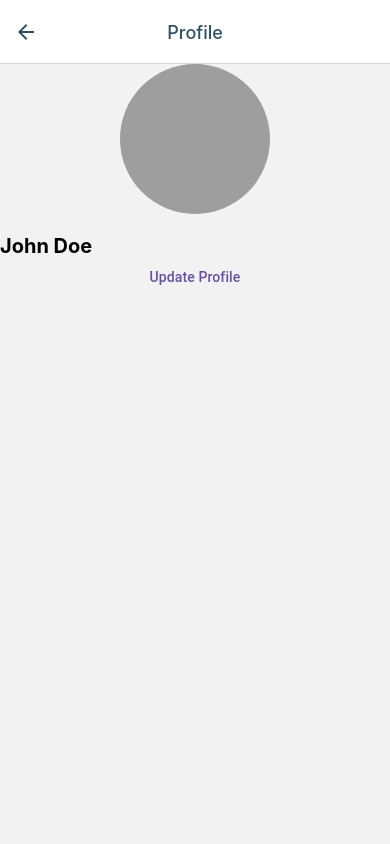
Repository: SaudCh/Expo-Pethub
Screen: /Profile
An editor plug-in stored every save of this project. The screen is shown before and after the next save, followed by the edit.
Pictures or frames that could not be fetched are drawn as grey boxes. The app was drawn by React Native's web renderer in a window 390 px wide. The project was rebuilt for these pictures with package versions that can differ from the ones it lists, and the page was loaded fresh each time. Also part of the build but not shown: Screens/Signup.js, Screens/Home.js, Screens/UpdateProfile.js, Components/Avatar.js.

Above is the screen before, as saved 2022-11-15 00:19:44.

### App.js
import { StatusBar } from 'expo-status-bar';
import 'react-native-gesture-handler';
import { StyleSheet, Text, View } from 'react-native';
import { Provider as PaperProvider } from 'react-native-paper';
import AppNavigator from './Components/Navigator';

export default function App() {
  return (
    <PaperProvider>
      <AppNavigator />
    </PaperProvider>
  );
}

const styles = StyleSheet.create({
  container: {
    flex: 1,
    backgroundColor: '#fff',
    alignItems: 'center',
    justifyContent: 'center',
  },
});

### Components/Navigator.js
// In App.js in a new project

import * as React from 'react';
import { View, Text } from 'react-native';
import { NavigationContainer } from '@react-navigation/native';
import { createNativeStackNavigator } from '@react-navigation/native-stack';
import Login from '../Screens/Login';
import Signup from '../Screens/Signup';
import Home from '../Screens/Home';
import Profile from '../Screens/Profile';
import UpdateProfile from '../Screens/UpdateProfile';
import Avatar from './Avatar';

function HomeScreen() {
    return (
        <View style={{ flex: 1, alignItems: 'center', justifyContent: 'center' }}>
            <Text>Home Screen</Text>
        </View>
    );
}

const Stack = createNativeStackNavigator();

function AppNavigator() {
    return (
        <NavigationContainer>
            <Stack.Navigator>
                <Stack.Screen name="Login" component={Login} options={{
                    title: 'Login',
                    headerTintColor: "#2B5262",
                    headerTitleAlign: 'center'
                }} />

                <Stack.Screen name="Signup" component={Signup} options={{
                    title: 'Signup',
                    headerTintColor: "#2B5262",
                    headerTitleAlign: 'center'
                }} />

                <Stack.Screen name="Home" component={Home}
                    options={{
                        title: 'Home',
                        headerTintColor: "#2B5262",
                        headerTitleAlign: 'center',
                        headerRight: () => (
                            <Avatar />
                        )
                    }}
                />

                <Stack.Screen name="Profile" component={Profile} options={{
                    title: 'Profile',
                    headerTintColor: "#2B5262",
                    headerTitleAlign: 'center'
                }} />
                <Stack.Screen name="UpdateProfile" component={UpdateProfile} options={{
                    title: 'Update',
                    headerTintColor: "#2B5262",
                    headerTitleAlign: 'center',
                }} />

            </Stack.Navigator>
        </NavigationContainer>
    );
}

export default AppNavigator;

### Screens/Login.js
import { useNavigation } from "@react-navigation/native";
import React, { useState, useEffect } from "react";
import { View, Text, StyleSheet, ActivityIndicator, Alert } from 'react-native'
import { TextInput, Button } from "react-native-paper"

export default function Login() {

    const navigation = useNavigation()

    const [data, setData] = useState({
        email: '',
        password: ''
    })

    return (
        <View style={{ ...styles.body }}>
            <View style={{ ...styles.box }}>
                <View>
                    <TextInput
                        mode="outlined"
                        placeholder="Email"
                        style={{ marginBottom: 10 }}
                        value={data.email}
                        onChangeText={text => setData({ ...data, email: text })}
                    />
                </View>
                <View>
                    <TextInput
                        mode="outlined"
                        placeholder="Password"
                        value={data.password}
                        style={{ marginBottom: 10 }}
                        onChangeText={text => setData({ ...data, password: text })}
                        secureTextEntry
                    />
                </View>
                <View>
                    <Button mode="contained" onPress={() => navigation.replace('Home')} style={{ marginTop: 10 }} >
                        Login
                    </Button>

                    <Button onPress={() => navigation.navigate("Signup")} style={{ backgroundColor: 'transparent' }}>
                        <Text style={{ ...styles.bottomText }}>Switch to Signup</Text>
                    </Button>
                </View>
            </View>
        </View >
    );
}
const styles = StyleSheet.create({
    body: {
        flex: 1,
        alignItems: "center",
        justifyContent: 'center',
        backgroundColor: '#A9CCCF'
    },
    box: {
        shadowColor: "#000",
        shadowOffset: {
            width: 0,
            height: 3,
        },
        shadowOpacity: 0.27,
        shadowRadius: 4.65,
        elevation: 6,
        borderRadius: 10,

        backgroundColor: "#fff",
        padding: 20,
        width: 350
    },
    inputText: {
        fontWeight: 'bold'
    },
    bottomText: {
        fontSize: 16
    }
});

### Screens/Profile.js
import { Image, StyleSheet, Text, View } from 'react-native'
import React from 'react'
import { Button } from 'react-native-paper'

export default function Profile() {
    return (
        <View style={{ flex: 1 }}>
            <View style={{ alignSelf: 'center', width: 150, height: 150, borderRadius: 75, overflow: "hidden" }}>
                <Image
                    style={styles.image}
                    source={{
                        uri: 'https://www.pngarts.com/files/6/User-Avatar-in-Suit-PNG.png',
                    }}
                />
            </View>
            <View style={{ marginTop: 20 }}>
                <Text style={{ fontSize: 20, fontWeight: 'bold' }}>John Doe</Text>
            </View>


            <Button>
                Update Profile
            </Button>
        </View>
    )
}

const styles = StyleSheet.create({
    image: {
        width: 150,
        height: 150,
        alignSelf: 'center',
        marginBottom: 20,
        resizeMode: "cover"
    }

})

After the next save:
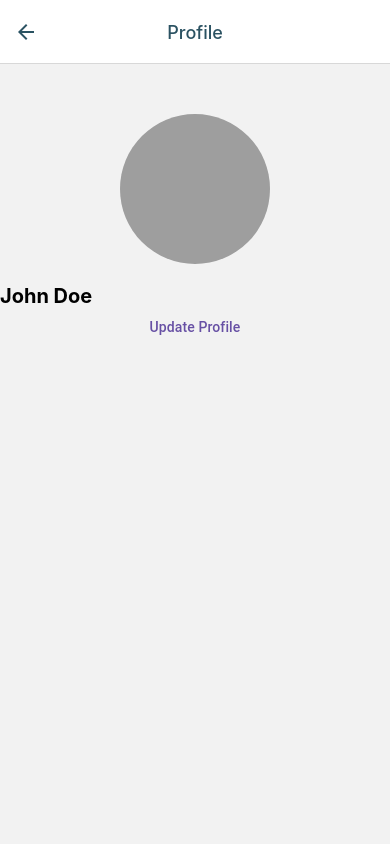
Saved 13 s later.
--- a/Screens/Profile.js
+++ b/Screens/Profile.js
@@ -5,7 +5,7 @@ import { Button } from 'react-native-paper'
 export default function Profile() {
     return (
         <View style={{ flex: 1 }}>
-            <View style={{ alignSelf: 'center', width: 150, height: 150, borderRadius: 75, overflow: "hidden" }}>
+            <View style={{ alignSelf: 'center', marginTop: 50, width: 150, height: 150, borderRadius: 75, overflow: "hidden" }}>
                 <Image
                     style={styles.image}
                     source={{
